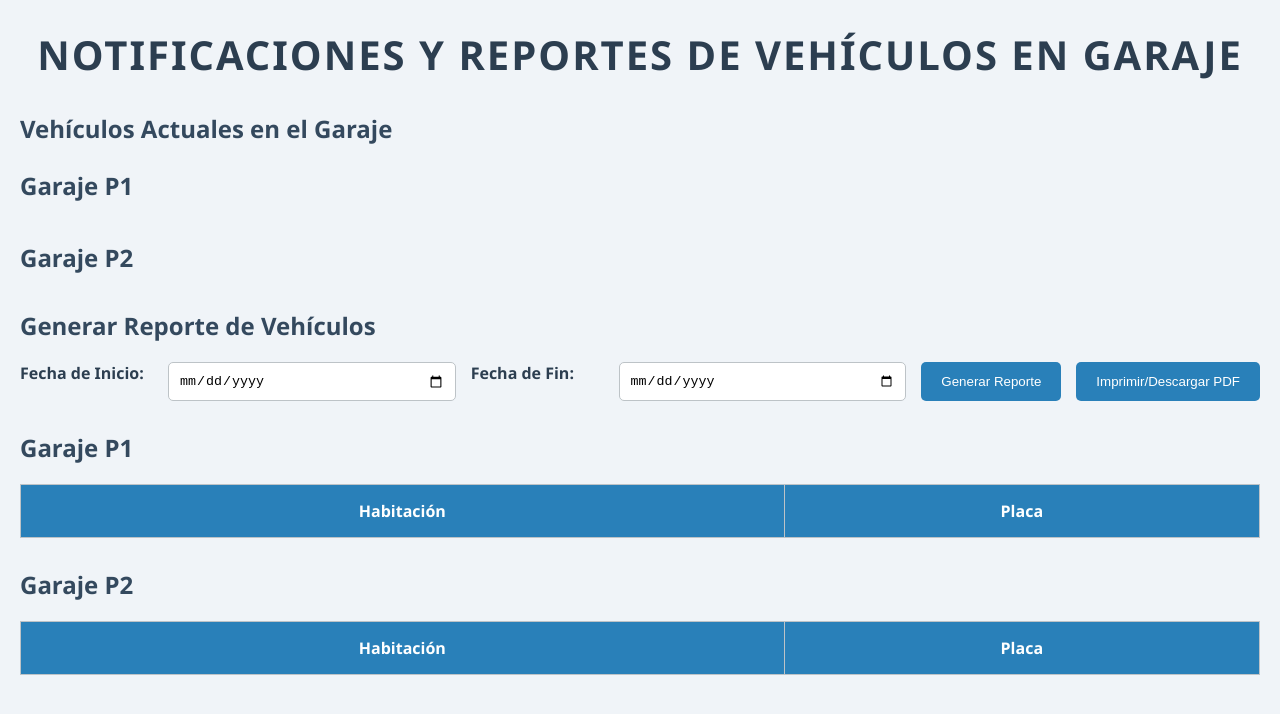
Repository: EddyWebz/REPOSITORIO-BASE-DATOS
Page: privado/report.html
These files come from the project's save history. The page is drawn as it stood at one moment and after the next save; the edit follows.
The browser window is 1280 px wide. The pictures show the whole page.
The page's requests for data from a server got no answer.

Above is the page before, as saved 2024-08-15 10:14:11.

After the next save:
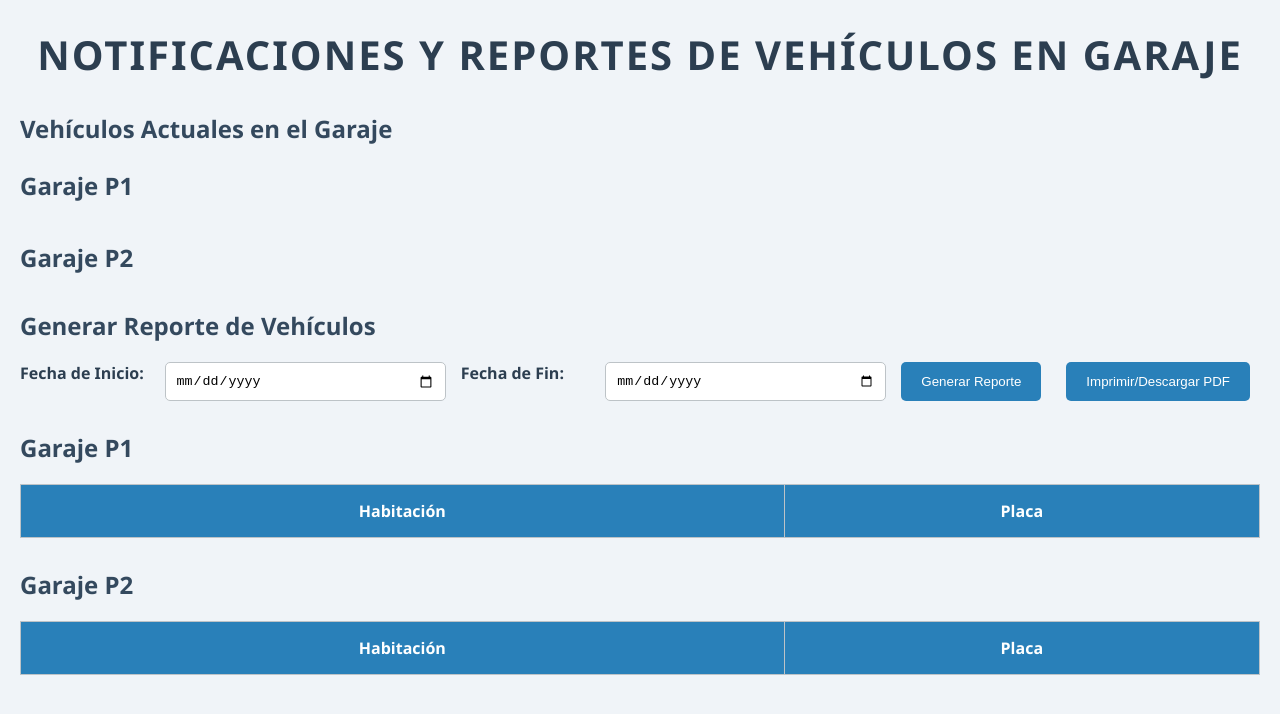
Saved 53 s later.
--- a/BASE-2/notif.css
+++ b/BASE-2/notif.css
@@ -142,3 +142,19 @@ header h1 {
         opacity: 1;
     }
 }
+/* Estilos para los botones en el formulario */
+#form-reporte button {
+    padding: 10px 20px;
+    background-color: #2980b9;
+    color: #ffffff;
+    border: none;
+    border-radius: 5px;
+    cursor: pointer;
+    transition: background-color 0.3s ease, transform 0.3s ease;
+    margin-right: 10px; /* Espacio entre botones */
+}
+
+#form-reporte button:hover {
+    background-color: #3498db;
+    transform: translateY(-3px);
+}
